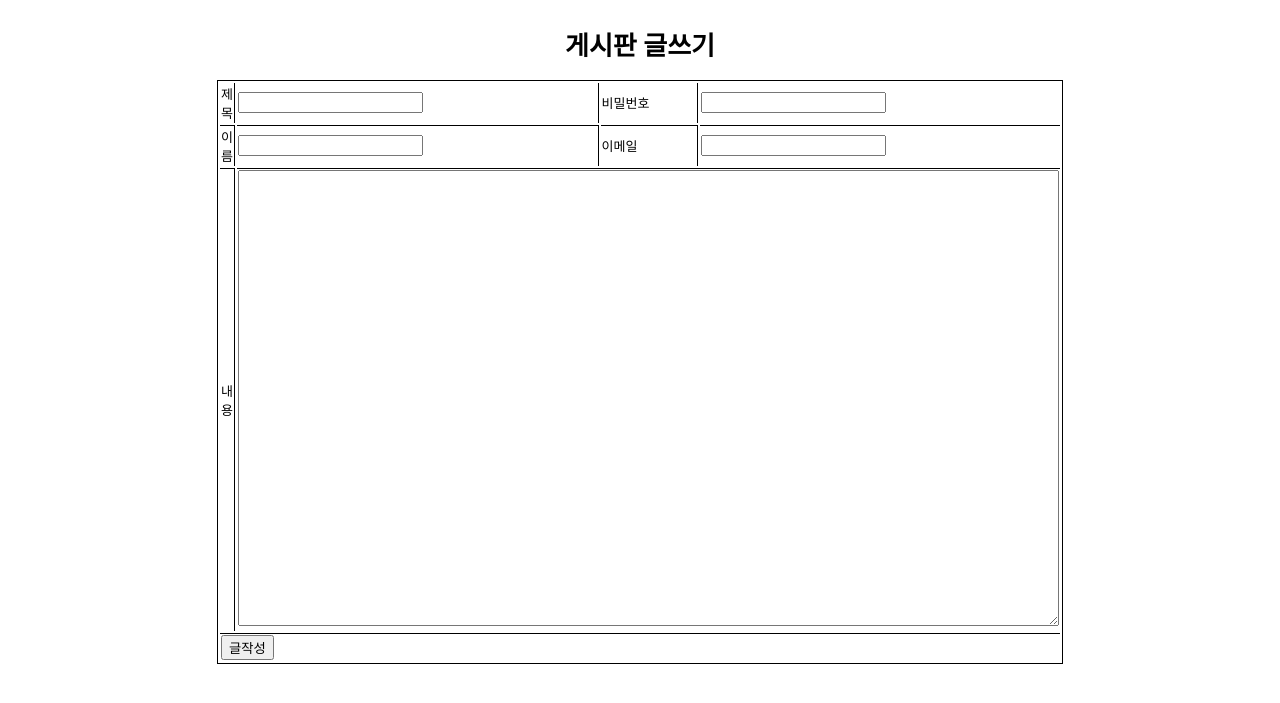
Repository: shbaksa/study
Page: http://localhost/mw_0617/test/write.jsp
The author's editor kept a copy of each file at every save. The page is drawn from the files as they stood at one save, then again after the next save.
The browser window is 1280 px wide. The pictures show the whole page.
The page is served by Tomcat 9.

Above is the page before, as saved 2022-06-17 05:40:00.

### mw_0617/src/main/webapp/test/write.jsp
<%@ page language="java" contentType="text/html; charset=UTF-8"
    pageEncoding="UTF-8"%>
<!DOCTYPE html>
<html>
<head>
<meta charset="UTF-8">
<title>Insert title here</title>
<style>

table {
		border : 1px solid black;
		font-size : 13px;
	}
	td {
		border-right : 1px solid black;
		border-top : 1px solid black;
	}
	td:last-child {
		border-right : none;
	}
	tr {
		border-top : 1px solid black;
		border-bottom : 1px solid black;
	}
</style>

<script>
	function al() {

		if (!document.pkc.title.value){
			alert("제목빈칸");
			document.pkc.name.focus();
			return false;

		}

		else if(!document.pkc.mail.value){

			alert("메일빈칸");
			document.pkc.mail.focus();
			return false;
		}


	}

</script>
</head>
<body>

	<form name="pkc" method="post" action="write_ok.jsp" onsubmit="return al()">
	<table width="800" height="520" align="center">
	<caption><h1>게시판 글쓰기 </h1></caption>
	<tr> <!-- 4 -->
	<td style="border-top:none;">제목</td>
	<td style="border-top:none;"><input type="text" name="title" ></td>
	<td style="border-top:none;">비밀번호</td>
	<td style="border-top:none;"><input type="password" name="pwd"></td>
	</tr>
	<tr> <!-- 4 -->
	<td>이름</td>
	<td><input type="text" name="name"> </td>
	<td>이메일</td>
	<td><input type="text" name="mail"> </td>
	</tr>
	<tr> <!-- 2 -->
	<td>내용</td>
	<td colspan="3"><textarea cols="100" rows="30" name="content"> </textarea></td>
	</tr>
	<tr> <!-- 1 -->
	<td colspan="4"><input type="submit" value="글작성"></td>
	</tr>
	</table>
	</form>

</body>
</html>

After the next save:
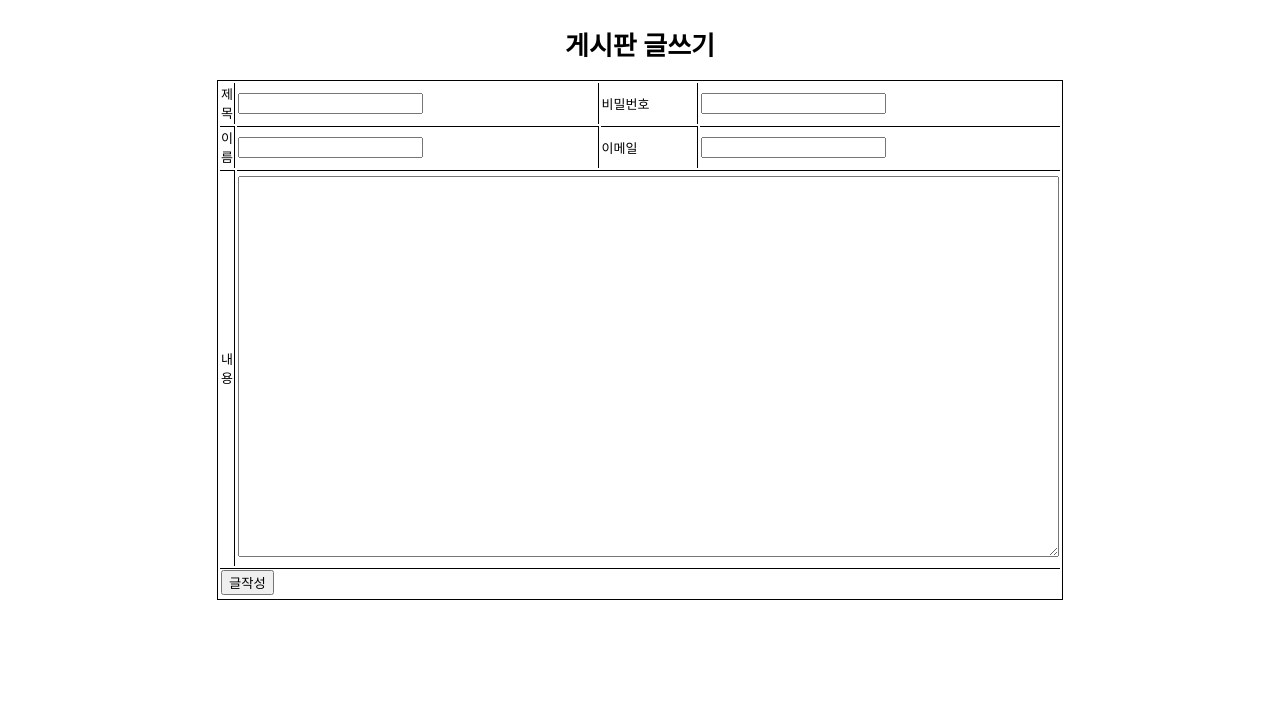
Saved 8 s later.
--- a/mw_0617/src/main/webapp/test/write.jsp
+++ b/mw_0617/src/main/webapp/test/write.jsp
@@ -65,7 +65,7 @@ table {
 	</tr>
 	<tr> <!-- 2 -->
 	<td>내용</td>
-	<td colspan="3"><textarea cols="100" rows="30" name="content"> </textarea></td>
+	<td colspan="3"><textarea cols="100" rows="25" name="content"> </textarea></td>
 	</tr>
 	<tr> <!-- 1 -->
 	<td colspan="4"><input type="submit" value="글작성"></td>
